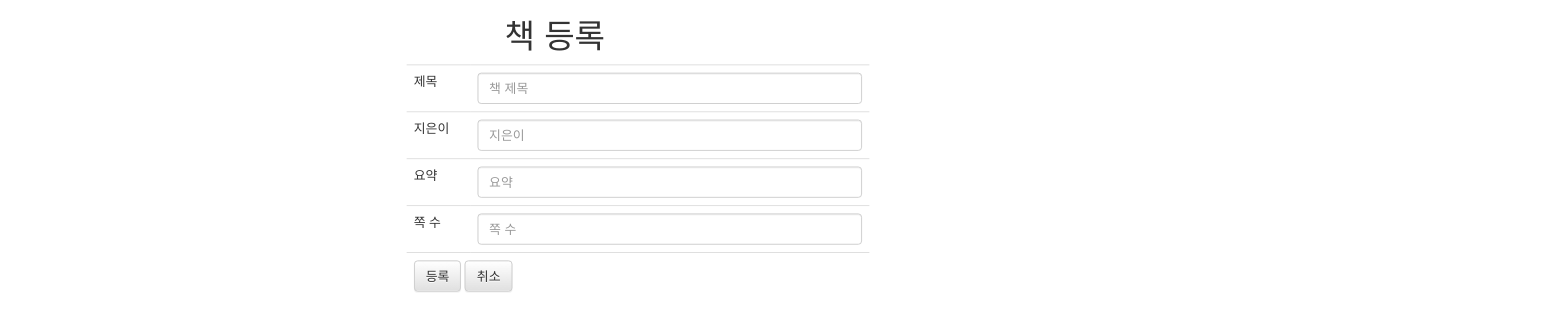
Repository: newzinee/SKDidimdolSpring
Page: http://localhost/AZBookPrj/insertBook.jsp
These files come from the project's save history. The page is drawn as it stood at one moment and after the next save; the edit follows.
The browser window is 1280 px wide. The page is 1703 px wide, so the pictures cover 1703 px, including what lies to the right of the window. The pictures show the whole page, at 92% of full size.
The page is served by Tomcat 9. Nobody is signed in. The application's start-up code is not run.

Above is the page before, as saved 2017-02-12 14:34:51.
Console error (its wording comes from the project's code and is left out).

After the next save:
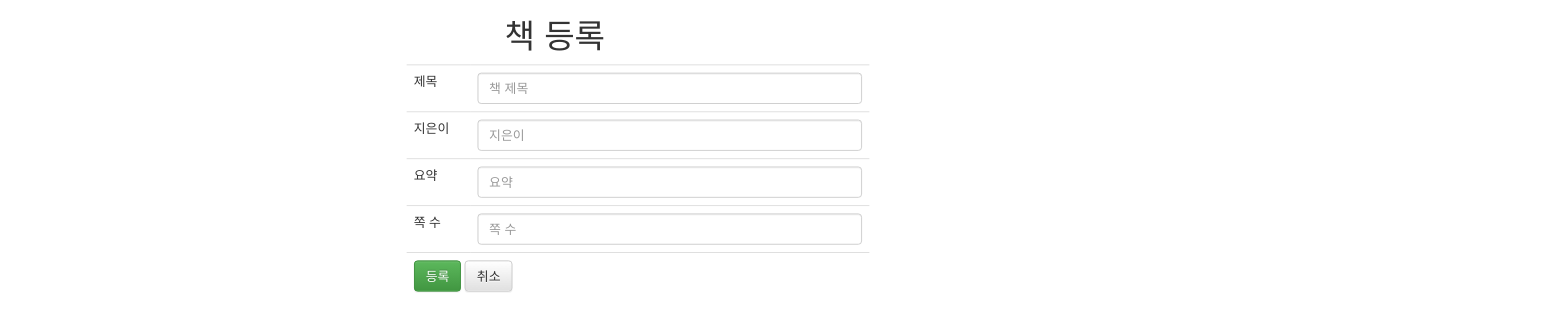
Saved 28 s later.
--- a/AZBookPrj/WebContent/insertBook.jsp
+++ b/AZBookPrj/WebContent/insertBook.jsp
@@ -57,7 +57,7 @@
 				</tr>
 				<tr>
 					<td colspan=2 class="lasttd">
-						<input type="submit" value="등록" class="btn btn-default">
+						<input type="submit" value="등록" class="btn btn-success">
 						<a href="getBookList.do" class="btn btn-default">취소</a>
 					</td>
 				</tr>
